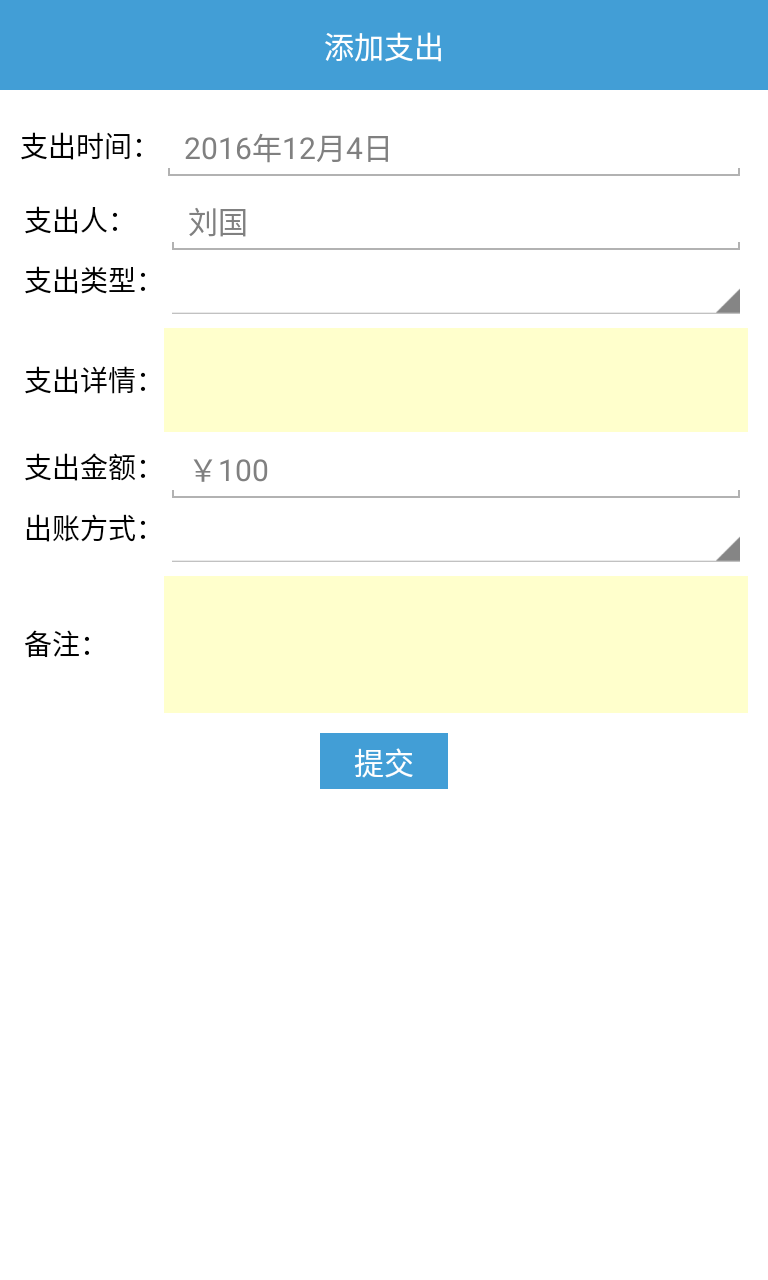
Repository: MySixGad/MyBill
Layout: Bill/Bill/res/layout/activity_inset_out_rmb.xml
The author's editor kept a copy of each file at every save. The layout is drawn from the files as they stood at one save, then again after the next save.
It is drawn on a 768 x 1280 px phone screen (xhdpi) without system bars, with theme AppTheme; the app's code is not run.

Above is the layout before, as saved 2016-12-10 05:04:51.

After the next save:
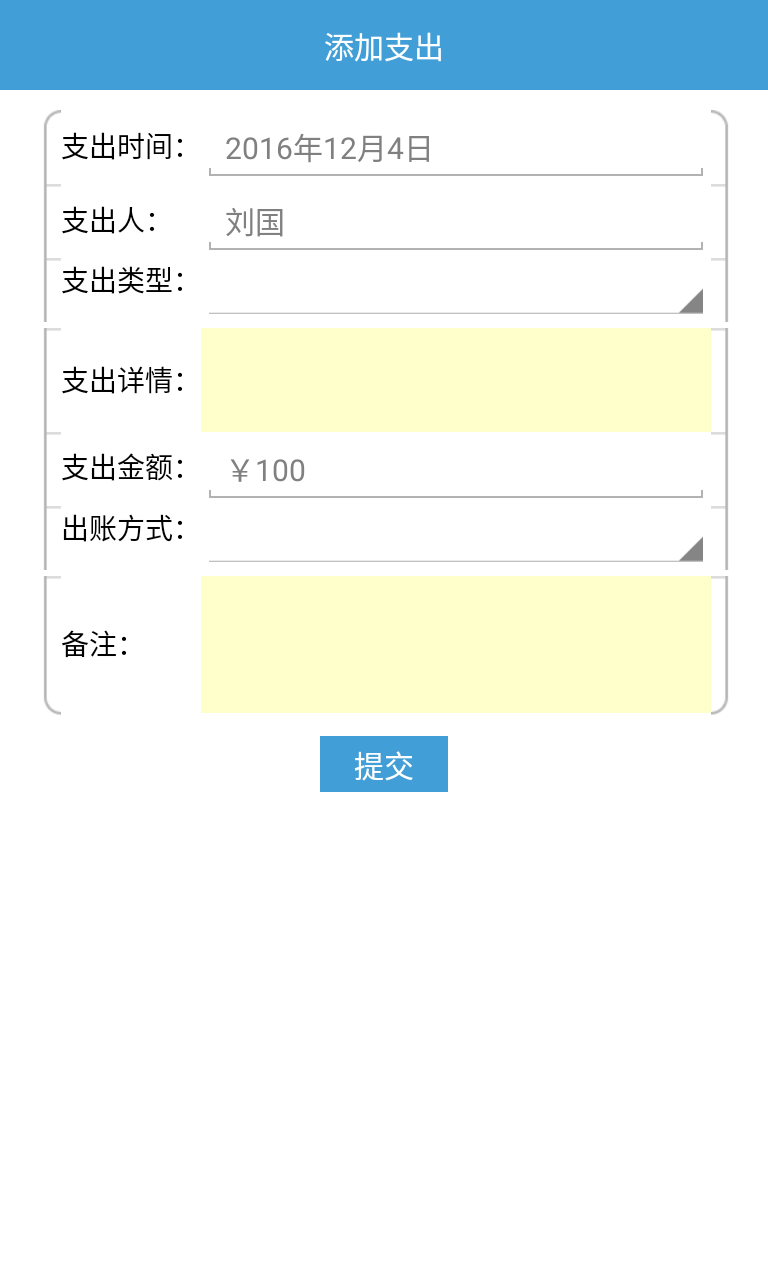
Saved 5 min 16 s later.
--- a/Bill/Bill/res/layout/activity_inset_out_rmb.xml
+++ b/Bill/Bill/res/layout/activity_inset_out_rmb.xml
@@ -11,6 +11,7 @@
         android:text="添加支出" />
 
     <LinearLayout
+
         android:layout_width="match_parent"
         android:layout_height="wrap_content"
         android:layout_marginLeft="10dp"
@@ -19,6 +20,8 @@
         android:orientation="vertical" >
 
         <LinearLayout
+            android:layout_marginLeft="2dp"
+            android:background="@drawable/first_normal"
             android:layout_width="match_parent"
             android:layout_height="wrap_content"
             android:orientation="horizontal" >
@@ -45,6 +48,7 @@
         <!-- 第二行 -->
 
         <LinearLayout
+              android:background="@drawable/middle_normal"
             android:layout_width="match_parent"
             android:layout_height="wrap_content"
             android:layout_marginLeft="2dp"
@@ -70,6 +74,7 @@
         </LinearLayout>
 
         <LinearLayout
+              android:background="@drawable/middle_normal"
             android:layout_width="match_parent"
             android:layout_height="wrap_content"
             android:layout_marginLeft="2dp"
@@ -91,6 +96,7 @@
         </LinearLayout>
 
         <LinearLayout
+              android:background="@drawable/middle_normal"
             android:layout_width="match_parent"
             android:layout_height="wrap_content"
             android:layout_marginLeft="2dp"
@@ -118,6 +124,7 @@
         </LinearLayout>
 
         <LinearLayout
+              android:background="@drawable/middle_normal"
             android:layout_width="match_parent"
             android:layout_height="wrap_content"
             android:layout_marginLeft="2dp"
@@ -142,6 +149,7 @@
         </LinearLayout>
 
         <LinearLayout
+              android:background="@drawable/middle_normal"
             android:layout_width="match_parent"
             android:layout_height="wrap_content"
             android:layout_marginLeft="2dp"
@@ -163,6 +171,7 @@
         </LinearLayout>
 
         <LinearLayout
+              android:background="@drawable/last_normal"
             android:layout_width="match_parent"
             android:layout_height="wrap_content"
             android:layout_marginLeft="2dp"
